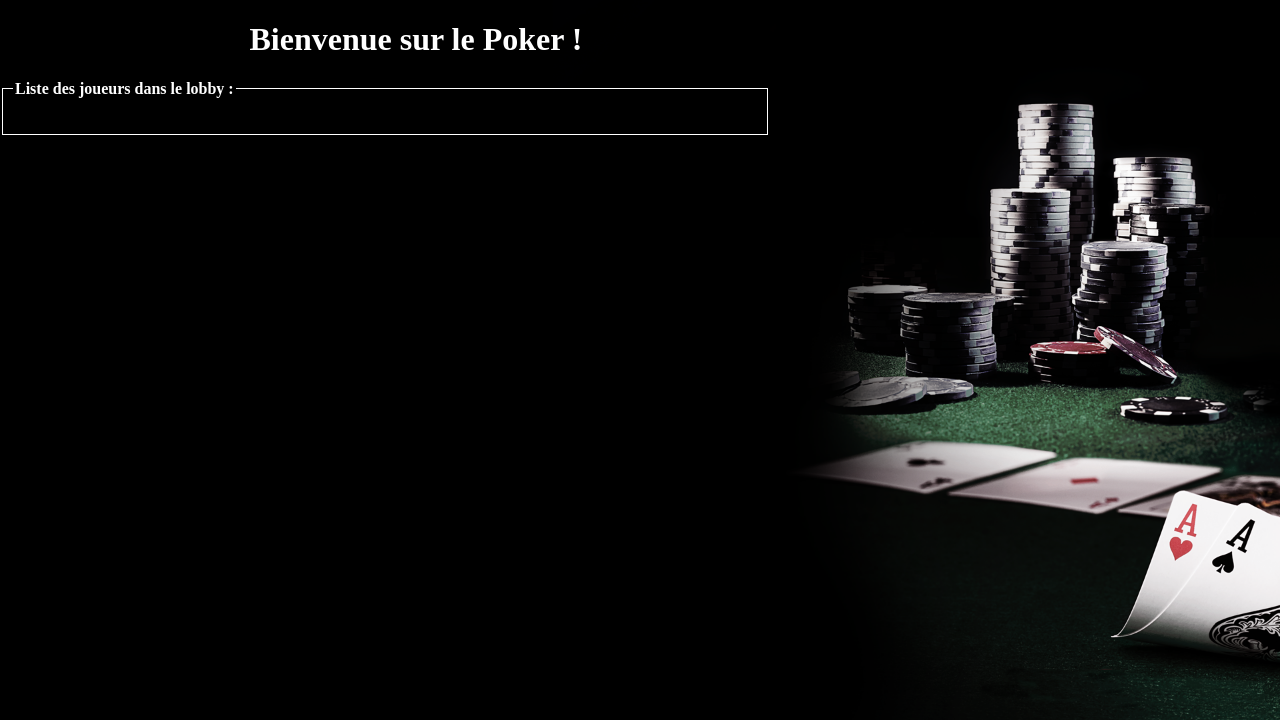
Repository: alecorguill/pfa
Page: http://localhost/neoblik/lobby?game=Poker
An editor plug-in stored every save of this project. The page is shown before and after the next save, followed by the edit.
The browser window is 1280 px wide. The pictures show the whole page.
The page is served by Tomcat 9.

Above is the page before, as saved 2017-02-23 18:00:40.
Console error (its wording comes from the project's code and is left out).

After the next save:
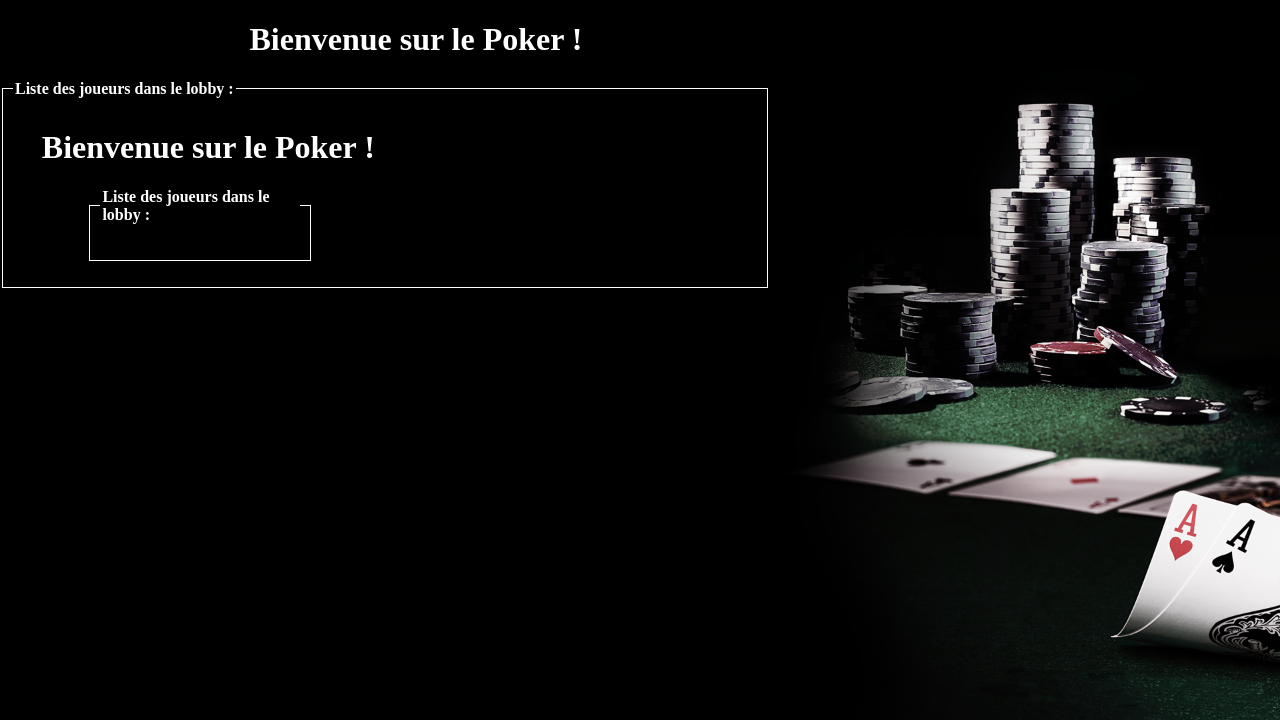
The error is gone.
Saved 71 s later.
--- a/neoblik/neoblik/WebContent/WEB-INF/lobby.jsp
+++ b/neoblik/neoblik/WebContent/WEB-INF/lobby.jsp
@@ -35,7 +35,6 @@
 	        }
 
 	    });
-		xhr.responseType = "document";
 	    xhr.send(null); // La requête est prête, on envoie tout !
 	}
 
